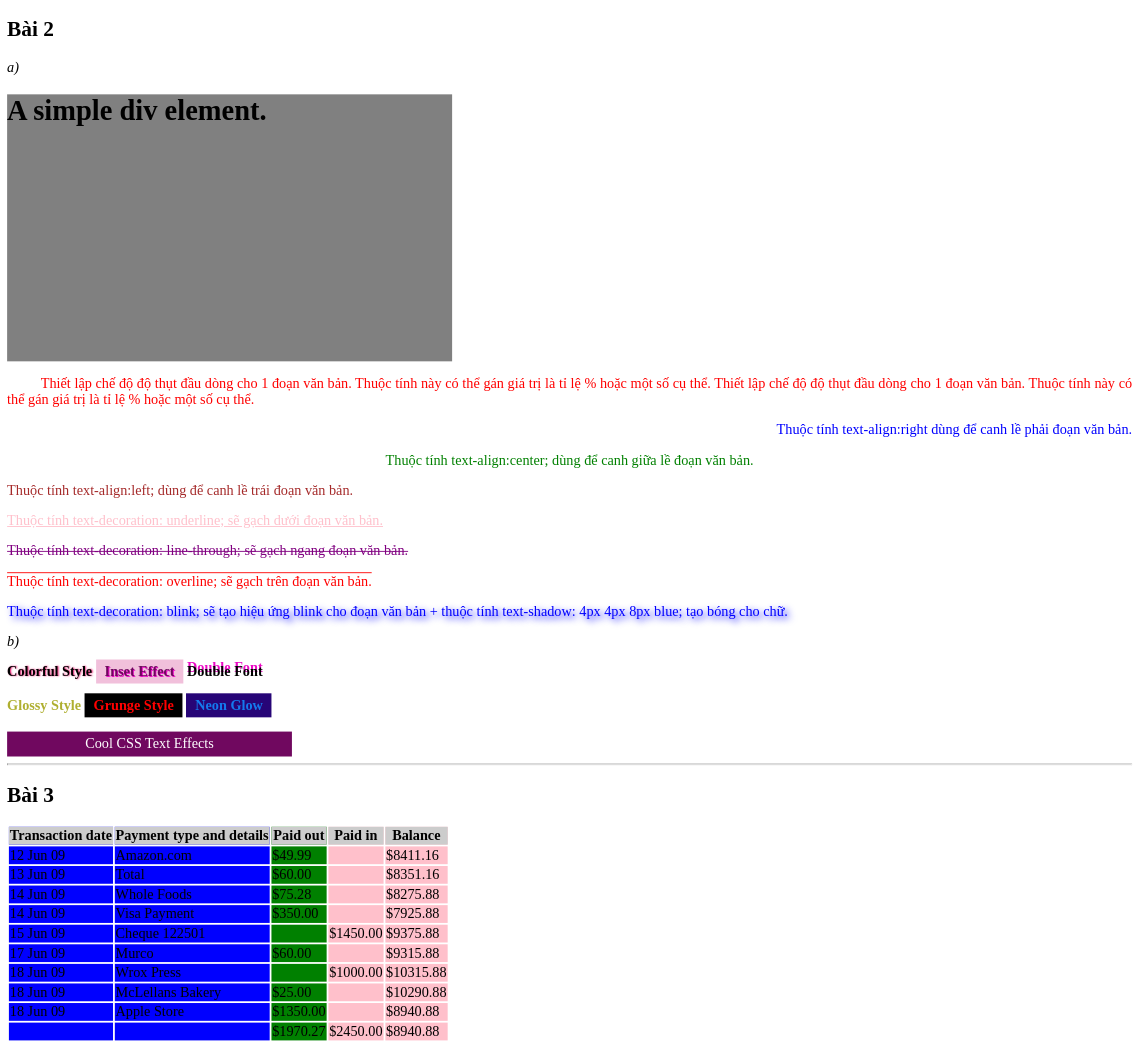
Repository: hoangnguyen1903/STT_21084321_NguyenHuyHoang_DHKHMT17B
Page: html/index.html
These files come from the project's save history. The page is drawn as it stood at one moment and after the next save; the edit follows.
The browser window is 1280 px wide. The pictures show the whole page, at 89% of full size.

Above is the page before, as saved 2023-03-02 14:09:14.

After the next save:
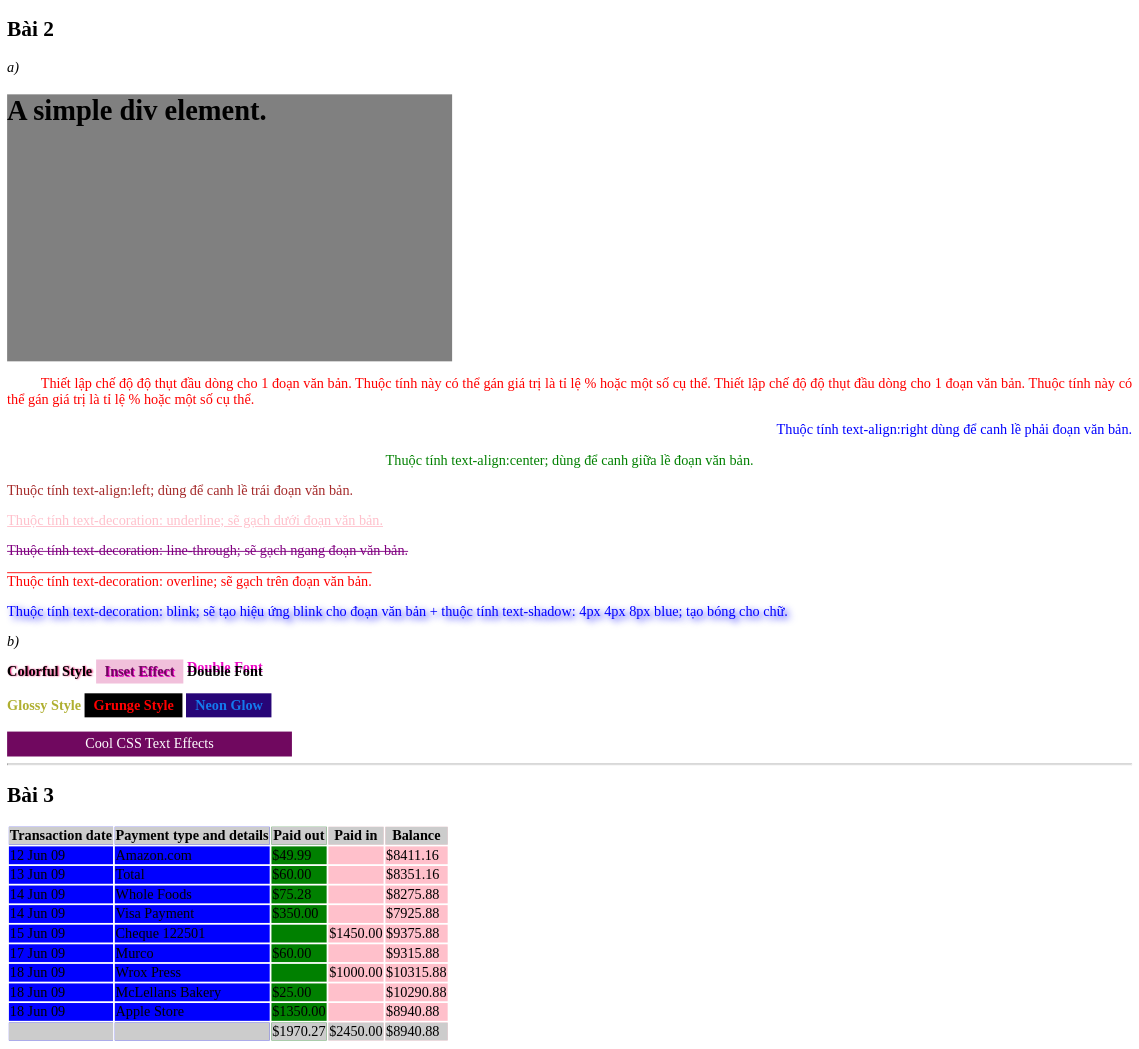
Saved 16 s later.
--- a/html/index.html
+++ b/html/index.html
@@ -196,7 +196,7 @@
         <td colspan="3">$8940.88</td>
       </tr>
 
-      <tr>
+      <tr style="background-color: #ccc">
         <td colspan="6"></td>
         <td colspan="6"></td>
         <td colspan="2">$1970.27</td>
